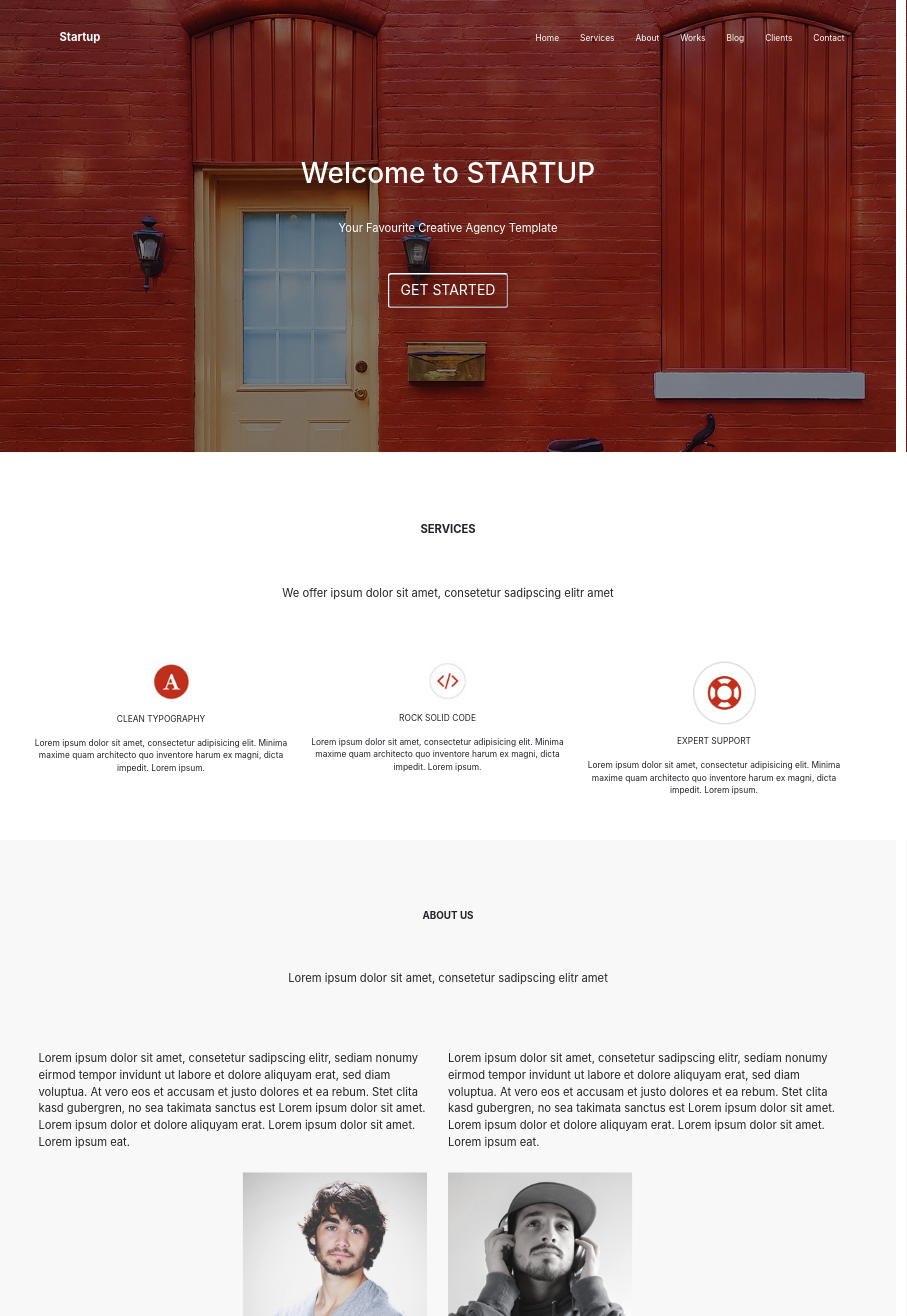
Repository: ivankovaa/HelloWorld
Page: lab5/index.html
The author's editor kept a record of every edit. The page is drawn from the files as they stood at one moment, then again after the next edit.
The browser window is 1280 px wide. The page is 1295 px wide, so the pictures cover 1295 px, including what lies to the right of the window. The pictures show the part of the page from y = 0 to 1880 px (the page is 3835 px tall), at 70% of full size.

Above is the page before.

After the next edit:
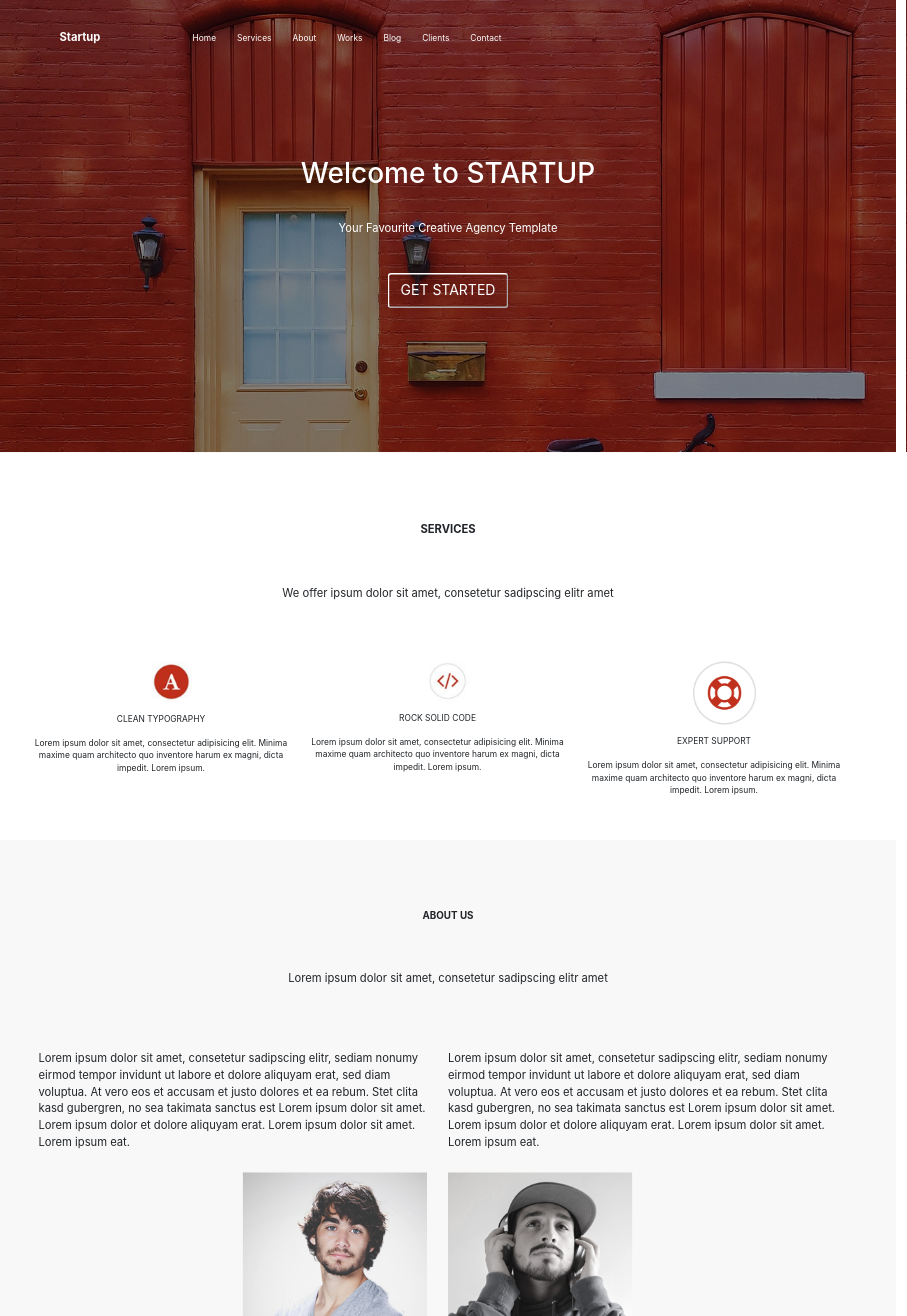
The edit:
--- a/lab5/style.css
+++ b/lab5/style.css
@@ -35,7 +35,7 @@ h2, h3, h4 {
 
 .menu {
     padding-top: 40px;
-    margin-left: 490px;
+
     margin-bottom: 160px;
 }
 
